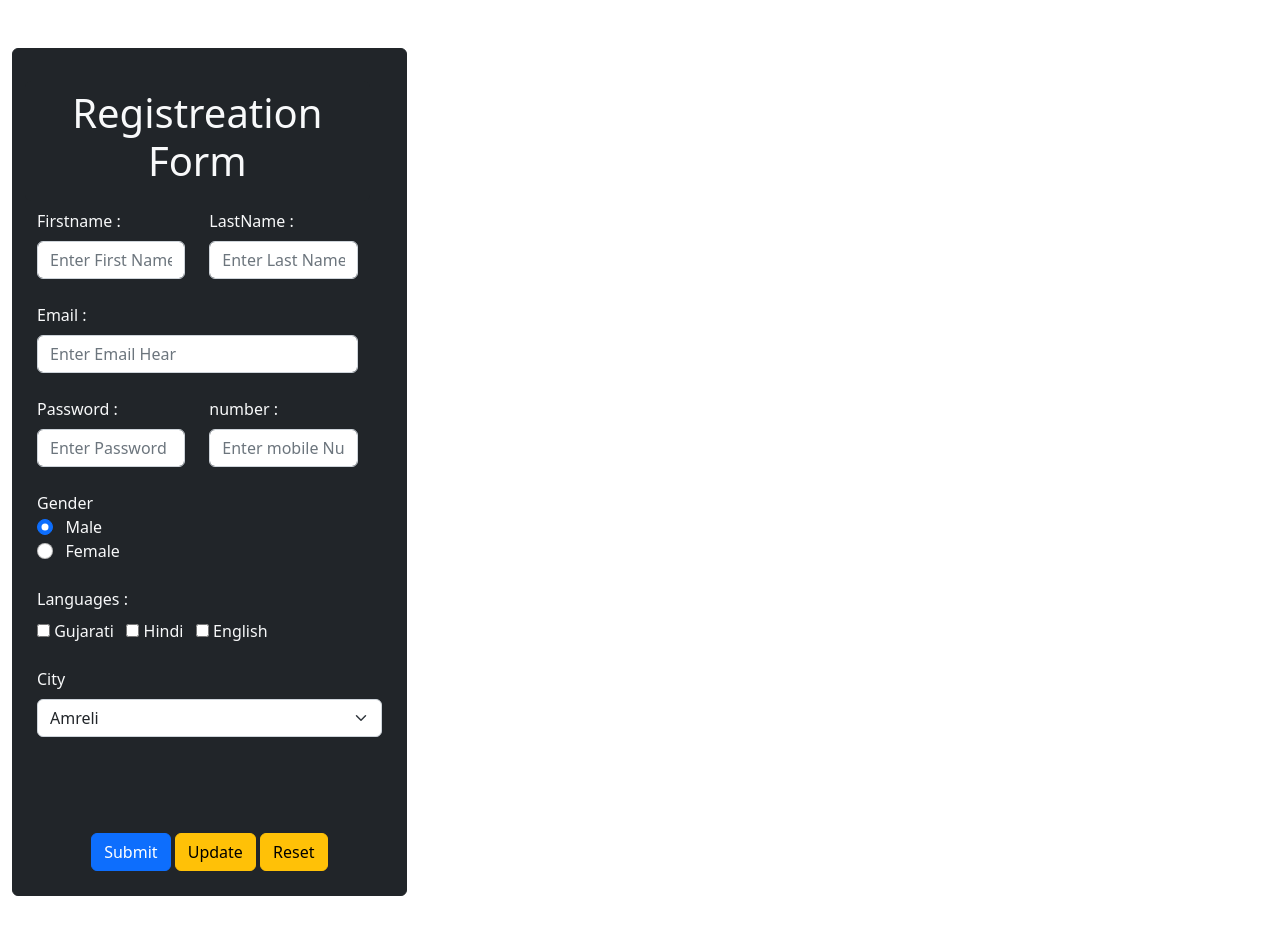
Repository: Rahulkathiriya/java-assignment-and-assesment
Page: http://localhost/web006_ajax_curd_onePage/
The author's editor kept a copy of each file at every save. The page is drawn from the files as they stood at one save, then again after a run of saves.
The browser window is 1280 px wide. The pictures show the whole page.
The page is served by Tomcat 9. Queries for data that is not in the repository find no rows.

Above is the page before, as saved 2022-11-15 10:57:00.
Console error: SyntaxError: Unexpected identifier '$'

After the next 2 saves:
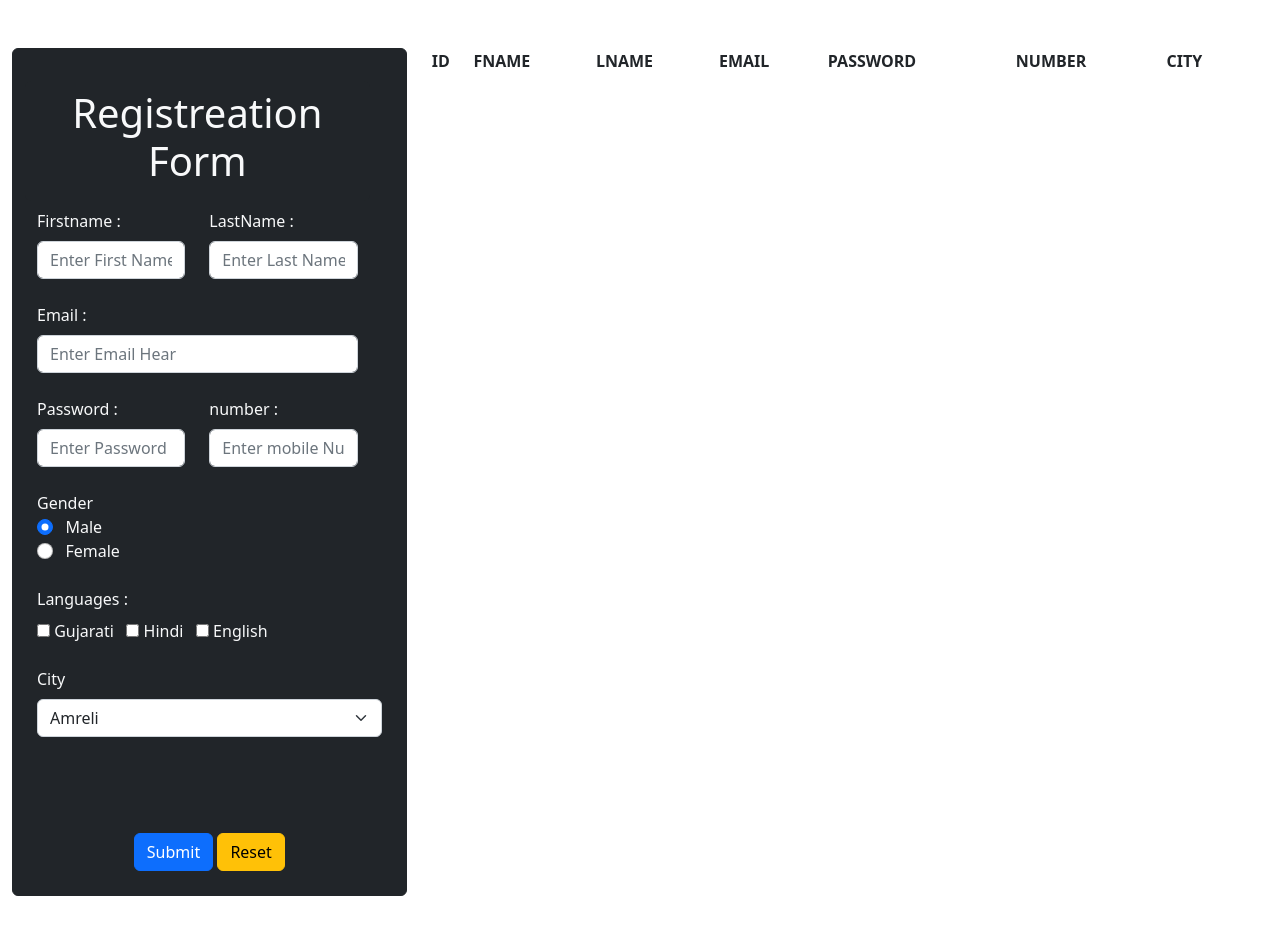
The error is gone.
The 2 saves are shown as one change because they came seconds apart.
The last was saved 86 s later.
--- a/web006_ajax_curd_onePage/src/main/webapp/index.jsp
+++ b/web006_ajax_curd_onePage/src/main/webapp/index.jsp
@@ -89,14 +89,14 @@ function addStudent(){
 }
 
 	function deleteStudent(uid)
-
+	{
 	$.get("delete",{uid},function(data){
 		alert(data);
 		 viewData();
 
 	});
 
-
+	}
 
 
 </script>
@@ -119,9 +119,9 @@ function addStudent(){
 							class="text-success">${updateMsg}</span> <span
 							class="text-danger">${error}</span>
 						<div class="col">
-							<input type="hidden" name="uid" id="uid"> <label for="fname"
-								class="form-label">Firstname :</label> <input type="text"
-								class="form-control" name="fname" id="fname"
+							<input type="hidden" name="uid" id="uid"> <label
+								for="fname" class="form-label">Firstname :</label> <input
+								type="text" class="form-control" name="fname" id="fname"
 								placeholder="Enter First Name" required="required"> <span
 								class="text-danger">${fnameError}</span>
 						</div>
@@ -190,7 +190,7 @@ function addStudent(){
 					</select> <br> <br>
 					<div class="text-center mt-5">
 						<button class="btn btn-primary" id="submit" onclick="addStudent()">Submit</button>
-						<button class="btn btn-warning" id="update" >Update</button>
+						<button class="btn btn-warning" id="update">Update</button>
 						<input type="reset" value="Reset" class="btn btn-warning">
 					</div>
 
